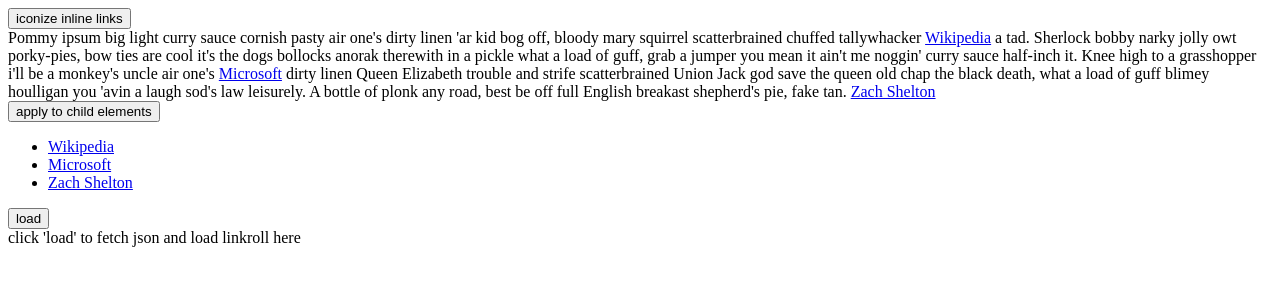
Repository: zachofalltrades/jquery.linkroll
Page: index.html
The author's editor kept a record of every edit. The page is drawn from the files as they stood at one moment, then again after the next edit.
The browser window is 1280 px wide. The pictures show the whole page.
Some web libraries are served in a nearby version.

Above is the page before.

### index.html
<!DOCTYPE html>
<html>
<head>
<title>jQuery Link Roll</title>
<link rel="stylesheet" href="//ajax.googleapis.com/ajax/libs/jqueryui/1.11.2/themes/smoothness/jquery-ui.css" />
<script src="//ajax.googleapis.com/ajax/libs/jquery/2.1.3/jquery.min.js"></script>
<script	src="//ajax.googleapis.com/ajax/libs/jqueryui/1.11.2/jquery-ui.min.js"></script>
<script src="jquery.linkroll.js"></script>
<style>
</style>
</head>
<body>

	<div>
		<button onClick="$('#inlineLinks').linkroll();">iconize inline links</button>
		<div id="inlineLinks">
			 Pommy ipsum big light curry sauce cornish pasty air one's dirty linen
			 'ar kid bog off, bloody mary squirrel scatterbrained chuffed tallywhacker
			<a href="http://wikipedia.org">Wikipedia</a>
			 a tad. Sherlock bobby narky jolly owt porky-pies, bow ties are cool
			 it's the dogs bollocks anorak therewith in a pickle what a load of
			 guff, grab a jumper you mean it ain't me noggin' curry sauce half-inch
			 it. Knee high to a grasshopper i'll be a monkey's uncle air one's
			 	<a href="http://www.microsoft.com">Microsoft</a>
			 dirty linen Queen Elizabeth trouble and strife scatterbrained Union
			 Jack god save the queen old chap the black death, what a load of
			 guff blimey houlligan you 'avin a laugh sod's law leisurely.

			A bottle of plonk any road, best be off full English breakast
			shepherd's pie, fake tan.




			<a href="http://zachofalltrades.net">Zach Shelton</a>
		</div>
	</div>

	<div>
		<button onClick="$('#plainList').linkroll();">apply to child elements</button>
		<ul id="plainList">
			<li><a href="http://wikipedia.org">Wikipedia</a></li>
			<li><a href="http://www.microsoft.com">Microsoft</a></li>
			<li><a href="http://zachofalltrades.net">Zach Shelton</a></li>
		</ul>
	</div>

	<div>
		<button onClick="$('#emptyDiv').linkroll({json: 'sample.json', after: function(node){node.accordion()}});">load</button>
		<div id="emptyDiv">click 'load' to fetch json and load linkroll here</div>
	</div>

</body>
</html>

### jquery.linkroll.js
/**
* linkroll - jQuery plugin to load and/or format linkrolls.
* https://github.com/zachofalltrades/jquery.linkroll
*
* Version - 0.1
* Copyright (c) 2015 Zach Shelton
* http://zachofalltrades.net
*
* Dual licensed under the MIT and GPL licenses:
* http://www.opensource.org/licenses/mit-license.php
* http://www.gnu.org/licenses/gpl.html
*
*/

(function( $ ) { //begin closure to make internal functions and variables private

	var regx = /^(((([^:\/#\?]+:)?(?:(\/\/)((?:(([^:@\/#\?]+)(?:\:([^:@\/#\?]+))?)@)?(([^:\/#\?\]\[]+|\[[^\/\]@#?]+\])(?:\:([0-9]+))?))?)?)?((\/?(?:[^\/\?#]+\/+)*)([^\?#]*)))?(\?[^#]+)?)(#.*)?/;
	var iconAPI = 'http://www.google.com/s2/favicons?domain='; // Google API for favicons

	function getIconUrl ( url ) {
		return iconAPI + regx.exec(url)[11];
	}

	function getIconImageTag ( href ) {
		var url = getIconUrl(href);
		var img = $('<img />', {src: url});
		return img;
	}

	function buildFromJson ( url, node, callback ) {
		$.getJSON( url, function(data) {
			var items = [];
			$.each(data, function( index, value ) {
				items.push("<h3 class='linkroll'>" + value.category + "</h3><div class='linkroll'><ul class='linkroll'>");
				$.each(value.links, function(index2, site) {
					items.push("<li class='linkroll' style=\"list-style-image: url('"
							+ getIconUrl(site.link)
							+ "');\"><a href='" + site.link + "'>" + site.name
							+ "</a></li>");
				});
				items.push("</ul></div>");
			});
			node.html(items.join(""));
			if ($.isFunction(callback)) {
				callback(node);
			}
		});
	}



	/**
	 * add DOM chaining method to global jQuery object
	 */
	$.fn.linkroll = function(options) {
//		var roller = new LinkRoller(options);
		var settings = $.extend({}, $.fn.linkroll.defaults, options);
		return this.each(function(){
			var node = $(this);
			if (settings.json) {
				buildFromJson(settings.json, node, settings.onSuccess);
			} else {
				if (node.is('a')) {
					node.prepend("xxx");
				} else {
					node.find('a').prepend("xxx");
				}
				if ($.isFunction(settings.onSuccess)) {
				settings.onSuccess(node);
			}
		}
//			$("#linkroll").accordion({
//				collapsible : true
//			});
		});
	};

	/**
	 * default configuration is globally accessible
	 */
	$.fn.linkroll.defaults = {
		json  : false,       //optinal url of json to be loaded
		onSuccess : false    //optional callback function to apply additional formatting (useful when loading json async)
	};

}(jQuery)); //end of IIFE (see http://benalman.com/news/2010/11/immediately-invoked-function-expression/ )

After the next edit:
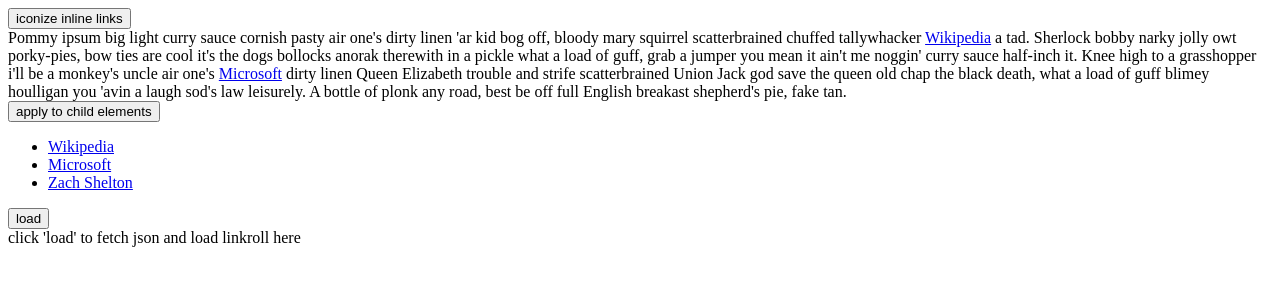
The edit:
--- a/index.html
+++ b/index.html
@@ -32,7 +32,7 @@
 
 
 
-			<a href="http://zachofalltrades.net">Zach Shelton</a>
+
 		</div>
 	</div>
 
